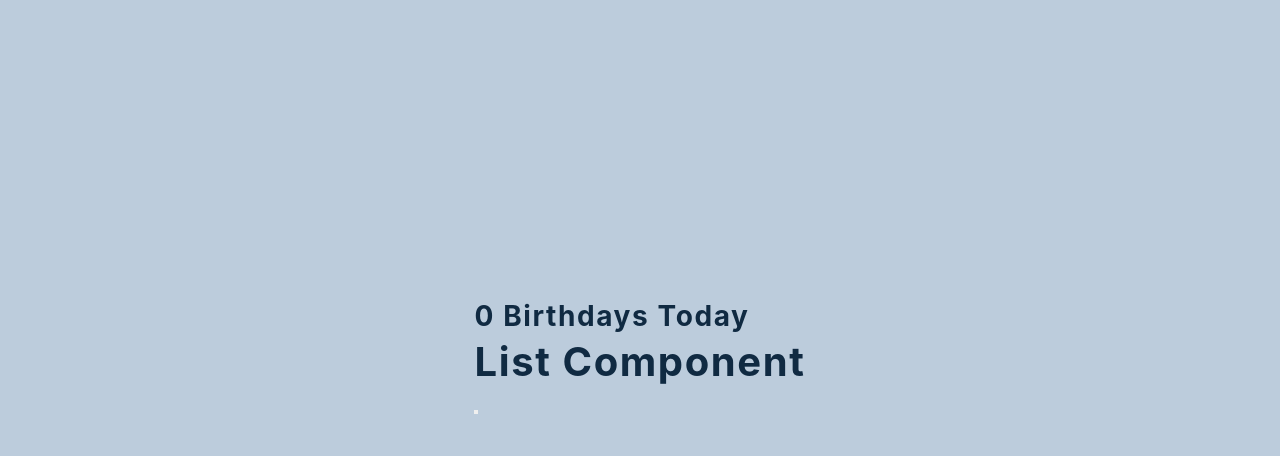
Repository: smit1298/Birthday-Reminder
Page: /
An editor plug-in stored every save of this project. The page is shown before and after the next save, followed by the edit.
The browser window is 1280 px wide. The pictures show the whole page.
The project was rebuilt for these pictures with package versions that can differ from the ones it lists, and the page was loaded fresh each time.

Above is the page before, as saved 2022-05-15 23:15:03.

After the next save:
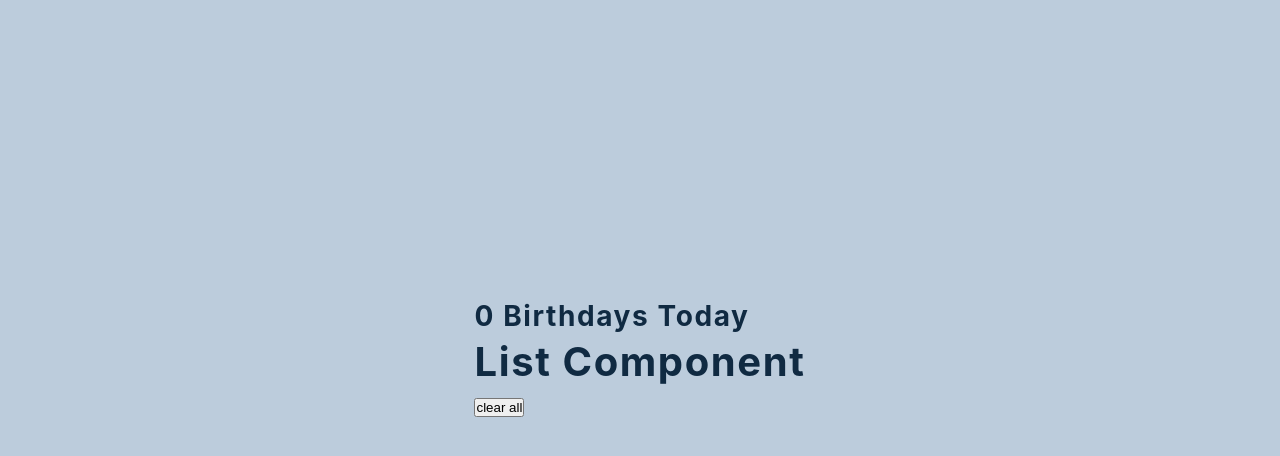
Saved 10 s later.
--- a/src/App.js
+++ b/src/App.js
@@ -7,7 +7,7 @@ function App() {
       <section className="conatiner">
         <h3>0 birthdays today</h3>
         <List />
-        <button onClick={() => console.log('you cleared me')}></button>
+        <button onClick={() => console.log('you cleared me')}>clear all</button>
       </section>
     </main>
   );
